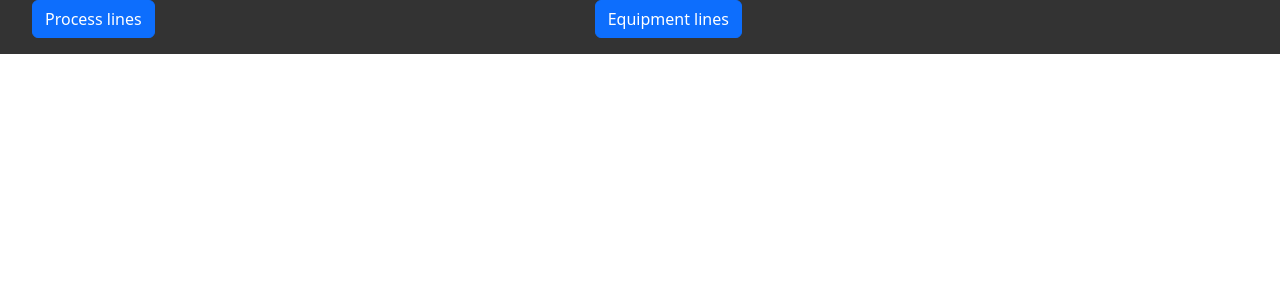
Repository: sreech465/evin3
Page: /equipment
The author's editor kept a copy of each file at every save. The page is drawn from the files as they stood at one save, then again after the next save.
The browser window is 1280 px wide. The pictures show the whole page.
The page's requests for data from a server got no answer. The project was rebuilt for these pictures with package versions that can differ from the ones it lists, and the page was loaded fresh each time. No one was signed in, and anything a server would have sent is missing. Also part of the build but not shown: src/Login.js, src/Display.js, src/Details.js, src/CustomSearchBar.js, src/Process.js, src/Learning.js, src/ProcessDetails.js, src/EquipDetails.js.

Above is the page before, as saved 2022-10-29 08:11:58.

### src/index.js
import React from "react";
import ReactDOM from "react-dom/client";
import "./index.css";
import App from "./App";
import reportWebVitals from "./reportWebVitals";
import { Provider } from "react-redux";
import store from "./store";
import "bootstrap/dist/css/bootstrap.min.css";
const root = ReactDOM.createRoot(document.getElementById("root"));
root.render(
  <React.StrictMode>
    <Provider store={store}>
      <App />
    </Provider>
  </React.StrictMode>
);

// If you want to start measuring performance in your app, pass a function
// to log results (for example: reportWebVitals(console.log))
// or send to an analytics endpoint. Learn more: https://bit.ly/CRA-vitals
reportWebVitals();

### src/App.js
import React from "react";
import { Routes, Route } from "react-router-dom";
import { BrowserRouter } from "react-router-dom";
import Login from "./Login";
import Display from "./Display";
import Details from "./Details";
import Process from "./Process";
import Equipment from "./Equipment";
import Learning from "./Learning";
import ProcessDetails from "./ProcessDetails";
import EquipDetails from "./EquipDetails";

const App = () => {
  return (
    <div className="App">
      <BrowserRouter>
        <Routes>
          <Route path="/" element={<Login />} />
          <Route path="/display" element={<Display />} />
          <Route path="/details" element={<Details />} />
          <Route path="/pdetails" element={<Process />} />
          <Route path="/elearning" element={<Learning />} />
          <Route path="/equipment" element={<Equipment />} />
          <Route path="/pdetails/:id" element={<ProcessDetails />} />
          <Route path="/equipment/:id" element={<EquipDetails />} />
        </Routes>
      </BrowserRouter>
    </div>
  );
};

export default App;

### src/store.js
import { applyMiddleware, createStore } from "redux";
import thunk from "redux-thunk";

import { singleReducer } from "./combineReducer";

const store = createStore(singleReducer, applyMiddleware(thunk));

export default store;

### src/Equipment.js
import React, { useEffect } from "react";
import { useSelector, useDispatch } from "react-redux";
import { getEquipmentDetails } from "./Actions";
import Headertabs from "./Headertabs";
import { Link } from "react-router-dom";

const Equipment = () => {
  const dispatch = useDispatch();

  const access_token = useSelector(
    (state) => state.LoginReducer.auth.access_token
  );

  const EquipmentList = useSelector((state) => state.EquipmentReducer.Data102);
  console.log(EquipmentList);

  useEffect(() => {
    dispatch(getEquipmentDetails(access_token));
  }, []);

  return (
    <>
      <Headertabs />
      {/* <div>
        <Routes>
          <Route path="/equipment" element={<Equipment />} />
        </Routes>
      </div> */}

      <>
        {EquipmentList &&
          EquipmentList.data.results.length > 0 &&
          EquipmentList.data.results.map((element) => {
            return (
              <>
                <div class="card" style={{ display: "flex" }}>
                  <img
                    style={{ width: 70, height: 40 }}
                    class="card-img-top"
                    src={element.equipment_image}
                    alt="Card image cap"
                  />
                  <div class="card-body">
                    <h5 class="card-title">{element.equipment_id}</h5>
                    <p class="card-text">
                      {element.line_org_location} {element.installed_by_name}.
                    </p>
                    <Link to={`/equipment/${element.id}`}>
                      <button class="btn btn-primary">Details</button>
                    </Link>
                  </div>
                </div>
              </>
            );
          })}
      </>
      {/* ) : ( "loading" ); */}
    </>
  );
};

export default Equipment;

### src/combineReducer.js
import { combineReducers } from "redux";
import {
  equipmentReducer,
  equipmentReducer1,
  LoginReducer,
  processReducer,
  processReducer1,
  projectReducer,
} from "./Reducer";

export const singleReducer = combineReducers({
  LoginReducer: LoginReducer,
  ProjectReducer: projectReducer,
  ProcessReducer: processReducer,
  ProcessReducer1: processReducer1,
  EquipmentReducer: equipmentReducer,
  EquipmentReducer1: equipmentReducer1,
});

### src/Actions.js
import axios from "axios";

import {
  LOGIN_SUCESS,
  PROCESS_SUCESS,
  PROJECT_SUCESSC,
  EQUIPMENT_SUCESS,
  EQUIPMENT_SUCESSC,
  PROJECT_SUCESS,
} from "./types";

const apiBaseUrl = "http://52.139.224.15:81/account/";
const adminbaseurl = "http://52.139.224.15:81/";
const baseUrl = "http://52.139.224.15:81/account/login/";

export const loginAction = (username, password, navigate) => {
  console.log(username, password, "action");
  return async (dispatch) => {
    const formData = {
      username: username,
      password: password,
    };

    try {
      await axios.post(baseUrl, formData).then((response) => {
        console.log("response from api", response.data);
        if (response.status == 200) {
          dispatch({ type: LOGIN_SUCESS, payload: response.data });
          navigate("/display");
        }
      });
    } catch (err) {
      console.log(err);
    }
  };
};

export const getProjectDetails = (access_token) => {
  console.log(access_token);
  return async (dispatch) => {
    let config = {
      headers: { Authorization: `Bearer ${access_token}` },
    };

    try {
      await axios
        .get(
          "http://52.139.224.15:81/my_project_list/?search=&page=1&ordering=-id&project_status=&solution_org=",
          config
        )
        .then((response) => {
          console.log("response from api", response);
          if (response.status == 200) {
            dispatch({ type: PROCESS_SUCESS, payload: response });
          }
        });
    } catch (err) {
      console.log(err);
    }
  };
};

export const getProcesslines = (access_token) => {
  console.log(access_token);
  return async (dispatch) => {
    let config = {
      headers: { Authorization: `Bearer ${access_token}` },
    };

    try {
      await axios
        .get(
          "http://52.139.224.15:81/end_user/process_line/?primary_product=all&org_location=&query=&page=1&sort_by=-id&installed_by=",
          config
        )
        .then((response) => {
          console.log("response from api", response);
          if (response.status == 200) {
            dispatch({ type: PROJECT_SUCESS, payload: response });
          }
        });
    } catch (err) {
      console.log(err);
    }
  };
};

export const getProcesslines1 = (access_token, id) => {
  console.log(access_token);
  console.log(id);

  return async (dispatch) => {
    let config = {
      headers: { Authorization: `Bearer ${access_token}` },
    };

    try {
      await axios
        .get(
          `http://52.139.224.15:81/end_user/process_line/?line_id=${id}`,
          config
        )
        .then((response) => {
          console.log("response from api", response);
          if (response.status == 200) {
            dispatch({ type: PROJECT_SUCESSC, payload: response });
          }
        });
    } catch (err) {
      console.log(err);
    }
  };
};

export const getEquipmentDetails = (access_token) => {
  console.log(access_token);
  return async (dispatch) => {
    let config = {
      headers: { Authorization: `Bearer ${access_token}` },
    };

    try {
      await axios
        .get(
          "http://52.139.224.15:81/tagged_equipment_list/?search=&page=1&ordering=-status&process_line__org_location__name=&process_line__name=&system=&oem_org_id=&process_line__primary_product_ref__name=&equipment_select=&process_line__installed_by=",
          config
        )
        .then((response) => {
          console.log("response from api", response);
          if (response.status == 200) {
            dispatch({ type: EQUIPMENT_SUCESS, payload: response });
          }
        });
    } catch (err) {
      console.log(err);
    }
  };
};

export const getEquipmentDetails1 = (access_token, id) => {
  console.log(access_token);
  console.log(id);
  return async (dispatch) => {
    let config = {
      headers: { Authorization: `Bearer ${access_token}` },
    };

    try {
      await axios
        .get(
          `http://52.139.224.15:81/tagged_equipment_list/?installed_equipment_id=${id}`,
          config
        )
        .then((response) => {
          console.log("response from api", response);
          if (response.status == 200) {
            dispatch({ type: EQUIPMENT_SUCESSC, payload: response });
          }
        });
    } catch (err) {
      console.log(err);
    }
  };
};

### src/Headertabs.js
import React from "react";
import "./styles.css";
import { Link } from "react-router-dom";

const Headertabs = () => {
  return (
    <nav className="nav">
      <ul
        style={{
          textDecoration: "none",
          display: "flex",
          justifyContent: "space-around",
        }}
      >
        <li style={{ listStyleType: "none" }}>
          <Link to="/pdetails">
            <button className="btn btn-primary">Process lines</button>
          </Link>
        </li>
        <li style={{ listStyleType: "none", marginLeft: 440 }}>
          <Link to="/equipment">
            <button className="btn btn-primary">Equipment lines</button>
          </Link>
        </li>
      </ul>
    </nav>
  );
};

export default Headertabs;

### src/Reducer.js
import {
  EQUIPMENT_SUCESS,
  EQUIPMENT_SUCESSC,
  LOGIN_SUCESS,
  PROCESS_SUCESS,
  PROJECT_SUCESS,
  PROJECT_SUCESSC,
} from "./types";
const initialState = {
  auth: {
    access_token: "",
    username: "",
    role_permissions: [],
  },
  Data100: "",
};

export const LoginReducer = (state = initialState, action) => {
  // console.log(action);

  switch (action.type) {
    case LOGIN_SUCESS:
      return {
        ...state,

        auth: action.payload,
      };

    default:
      return state;
  }
};

export const projectReducer = (state = initialState, action) => {
  // console.log(action);

  switch (action.type) {
    case PROCESS_SUCESS:
      return {
        ...state,

        Data100: action.payload,
      };

    default:
      return state;
  }
};

export const processReducer = (state = initialState, action) => {
  // console.log(action);

  switch (action.type) {
    case PROJECT_SUCESS:
      return {
        ...state,

        Data101: action.payload,
      };

    default:
      return state;
  }
};

export const processReducer1 = (state = initialState, action) => {
  // console.log(action);

  switch (action.type) {
    case PROJECT_SUCESSC:
      return {
        ...state,

        TOM: action.payload,
      };

    default:
      return state;
  }
};

export const equipmentReducer = (state = initialState, action) => {
  // console.log(action);

  switch (action.type) {
    case EQUIPMENT_SUCESS:
      return {
        ...state,

        Data102: action.payload,
      };

    default:
      return state;
  }
};

export const equipmentReducer1 = (state = initialState, action) => {
  // console.log(action);

  switch (action.type) {
    case EQUIPMENT_SUCESSC:
      return {
        ...state,

        JERRY: action.payload,
      };

    default:
      return state;
  }
};

### src/types.js
export const LOGIN_SUCESS = "LOGIN_SUCESS";
export const PROCESS_SUCESS = "PROCESS_SUCESS";
export const PROJECT_SUCESS = "PROJECT_SUCESS";
export const EQUIPMENT_SUCESS = "EQUIPMENT_SUCESS";
export const EQUIPMENT_SUCESSC = "EQUIPMENT_SUCESSC";
export const PROJECT_SUCESSC = "PROJECT_SUCESSC";

### src/styles.css
* {
    box-sizing: border-box;
}

body {
    margin:0;

}

.nav {
    background-color: #333;
    color:white;
    display: flex;
    justify-content: space-between;
    align-items: center;
    gap: 2rem;
    padding: 0 1rem;
}

.nav a {
    color:inherit
}

Loaded but not shown: public/index.html (common file); src/index.css (common file); src/reportWebVitals.js (common file)

After the next save:
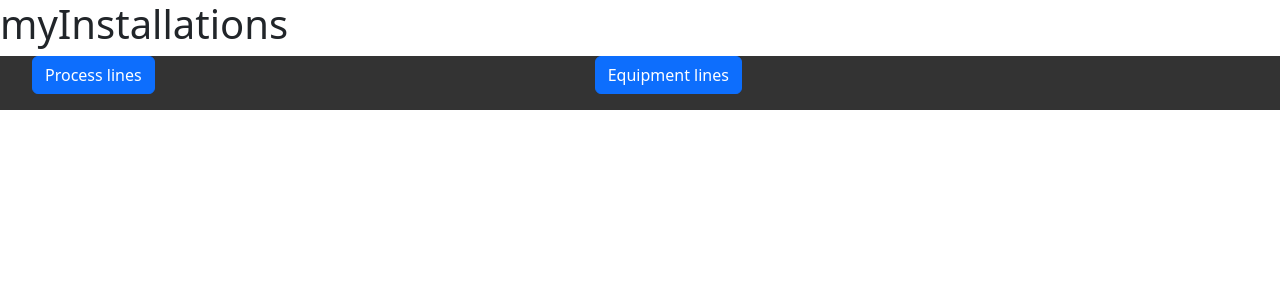
Saved 74 s later.
--- a/src/Headertabs.js
+++ b/src/Headertabs.js
@@ -4,26 +4,29 @@ import { Link } from "react-router-dom";
 
 const Headertabs = () => {
   return (
-    <nav className="nav">
-      <ul
-        style={{
-          textDecoration: "none",
-          display: "flex",
-          justifyContent: "space-around",
-        }}
-      >
-        <li style={{ listStyleType: "none" }}>
-          <Link to="/pdetails">
-            <button className="btn btn-primary">Process lines</button>
-          </Link>
-        </li>
-        <li style={{ listStyleType: "none", marginLeft: 440 }}>
-          <Link to="/equipment">
-            <button className="btn btn-primary">Equipment lines</button>
-          </Link>
-        </li>
-      </ul>
-    </nav>
+    <>
+      <h1>myInstallations</h1>
+      <nav className="nav">
+        <ul
+          style={{
+            textDecoration: "none",
+            display: "flex",
+            justifyContent: "space-around",
+          }}
+        >
+          <li style={{ listStyleType: "none" }}>
+            <Link to="/pdetails">
+              <button className="btn btn-primary">Process lines</button>
+            </Link>
+          </li>
+          <li style={{ listStyleType: "none", marginLeft: 440 }}>
+            <Link to="/equipment">
+              <button className="btn btn-primary">Equipment lines</button>
+            </Link>
+          </li>
+        </ul>
+      </nav>
+    </>
   );
 };
 
